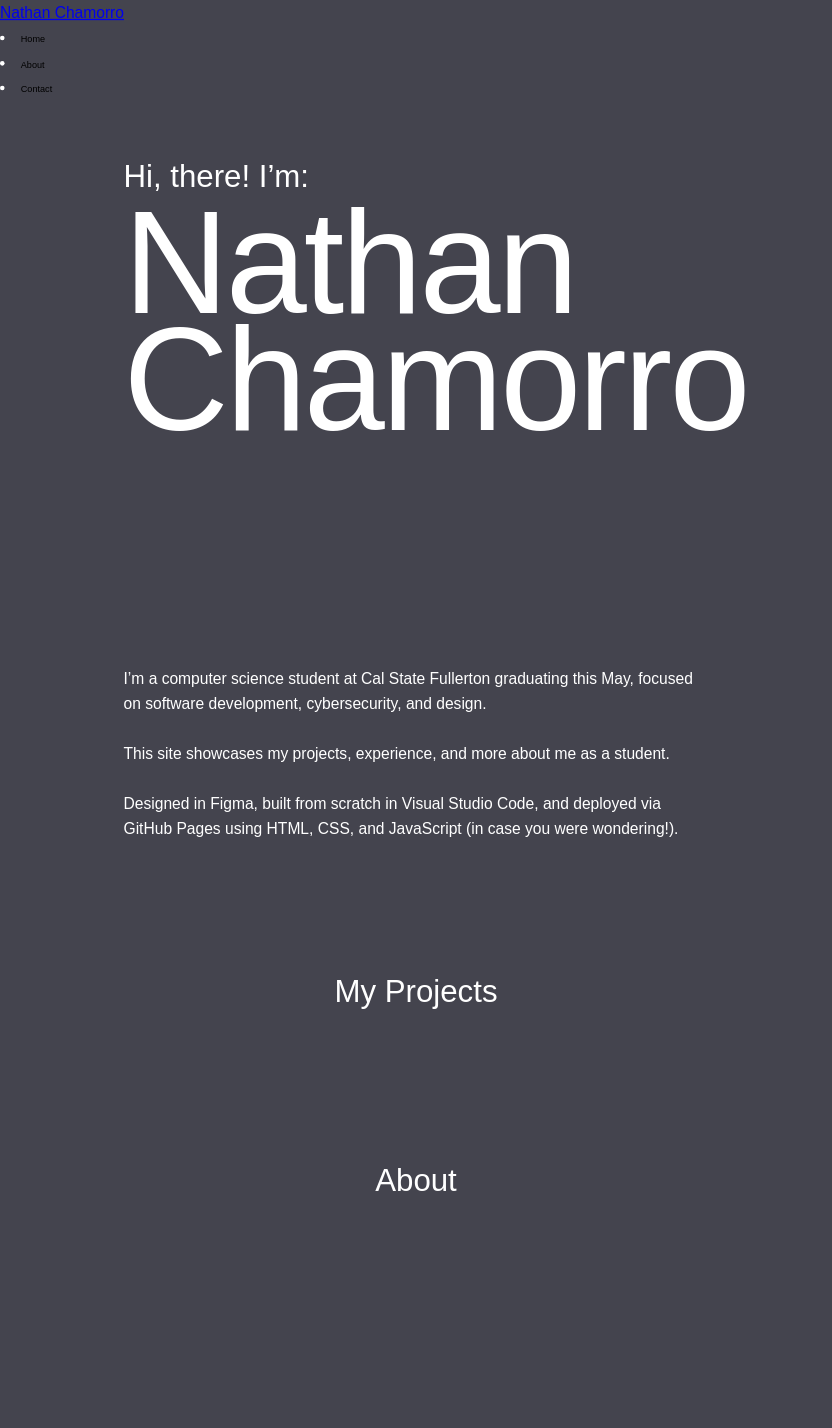
Repository: nathanchamorro1/nathanchamorro1.github.io
Page: index.html
These files come from the project's save history. The page is drawn as it stood at one moment and after the next save; the edit follows.
The browser window is 1280 px wide. The pictures show the whole page, at 65% of full size.
Some web fonts or font styles are not loaded; a fallback is used.

Above is the page before, as saved 2026-02-17 17:01:56.

### index.html
<!DOCTYPE html>
<html lang="en">

<head>
<meta charset="UTF-8">
<meta name="viewport" content = "width=device-width,initial-scale=1">
<title>Nathan Chamorro's Portfolio</title>
<link rel = "icon" type = "image/x-icon" href = "/assets/snoopy-favicon.ico">
<link rel="stylesheet" href="https://use.typekit.net/lhh1weh.css">
<link rel="stylesheet" href="css/style.css">
</head>

<div class="layout">
  <nav class="sidebar">
    <a href="#home" class="nav-logo">Nathan Chamorro</a>
      <li><a href="#home" class="nav-link">Home</a></li>
            <li><a href="#about" class="nav-link">About</a></li>
      <li><a href="#contact" class="nav-link">Contact</a></li>
      </nav>

  <main class="content">
    <div class="content-wrapper">
  <section class="hero">
    <h2 class="reveal">Hi, there! I’m:</h2>
    <h1 class="reveal">Nathan Chamorro</h1>
  </section>
      <p class="reveal">
        <br>I’m a computer science student at Cal State Fullerton graduating this May, focused on software development, cybersecurity, and design. <br>
        <br>This site showcases my projects, experience, and more about me as a student.<br>
        <br>Designed in Figma, built from scratch in Visual Studio Code, and deployed via GitHub Pages using HTML, CSS, and JavaScript (in case you were wondering!). <br>
      </p>
    </section>

        <section id="projects" class="content-wrapper">
      <h3 class="reveal">My Projects</h3>
    </section>

    <section id="about" class="content-wrapper">
      <h3 class="reveal">About</h3>
    </section>

    <section id="contact" class="content-wrapper">
      <h3 class="reveal">Contact</h3>
    </section>
  </main>
</div>
<script src = "js/script.js"></script>

### css/style.css
body {
  background-color: #44444E;
  color: white;
  margin: 0;
  font-family: museo-sans, sans-serif;
  font-weight: 300;
  font-style: normal;
  font-variation-settings: "slnt" 0, "wght" 400;
  line-height: 1.6;
  font-size: 1.5rem;
}

.content-wrapper {
  max-width: 900px;
  margin: 0 auto;
  padding: 0 40px;
  padding-top: 80px;
  display: flex;
  flex-direction: column;
  gap: 40px;
}

.hero {
    min-height: calc(100vh - 80px);
    display: flex;
    align-items: flex-start;
    flex-direction: column;
    justify-content: flex-start;
    padding-top: 0px;
    margin-bottom: 50px;
    text-align: left;
}

h1 {
    color: white;
    font-family: "instrument-serif", sans-serif;
    font-size: 14rem;
    font-weight: 400;
    font-variation-settings: "wght" 400;
    line-height: 0.8;
    margin: 0;
    letter-spacing: -0.02em;
}

h2 {
    color: white;
    font-family: "instrument-serif", sans-serif;
    font-weight: 400;
    font-variation-settings: "wght" 400;
    font-size: 3rem;
    opacity: 0.8;
    margin-bottom: 5px;
    margin-top: 0;
}

h3 {
    color: white;
    font-family: "instrument-serif", sans-serif;
    font-weight: 400;
    font-variation-settings: "wght" 400;
    font-size: 3rem;
    opacity: 0.8;
}

.reveal {
    opacity: 0;
    transform: translateY(20px);
    transition: opacity 0.7s ease, transform 0.7s ease;
}

.reveal-visible {
    opacity: 1;
    transform: translateY(0);
}

.navbar {
    position: fixed;
    top: 0;
    width: 100%;
    background: white;
    box-shadow: 0 2px 10px rgba(0,0,0,0.05);
    z-index: 1000;
}

.nav-container {
    max-width: 1000px;
    margin: 0 auto;
    display: flex;
    justify-content: space-between;
    align-items: left;
    padding: 15px 20px
}

.nav-menu {
    list-style: none;
    display: flex;
    gap: 25px;
    margin: 0;
    padding: 0;
}

.nav-link {
    text-decoration: none;
    color: black;
    font-size: 14px;
    position: relative;
}

.nav-link:hover {
    opacity: 0.6;
}

### js/script.js
const reveals = document.querySelectorAll(".reveal");

function revealOnScroll() {
  const windowHeight = window.innerHeight;

  reveals.forEach(el => {
    const elementTop = el.getBoundingClientRect().top;

    if (elementTop < windowHeight - 200) {
      el.classList.add("reveal-visible");
    }
  });
}

window.addEventListener("scroll", revealOnScroll);
revealOnScroll();

After the next save:
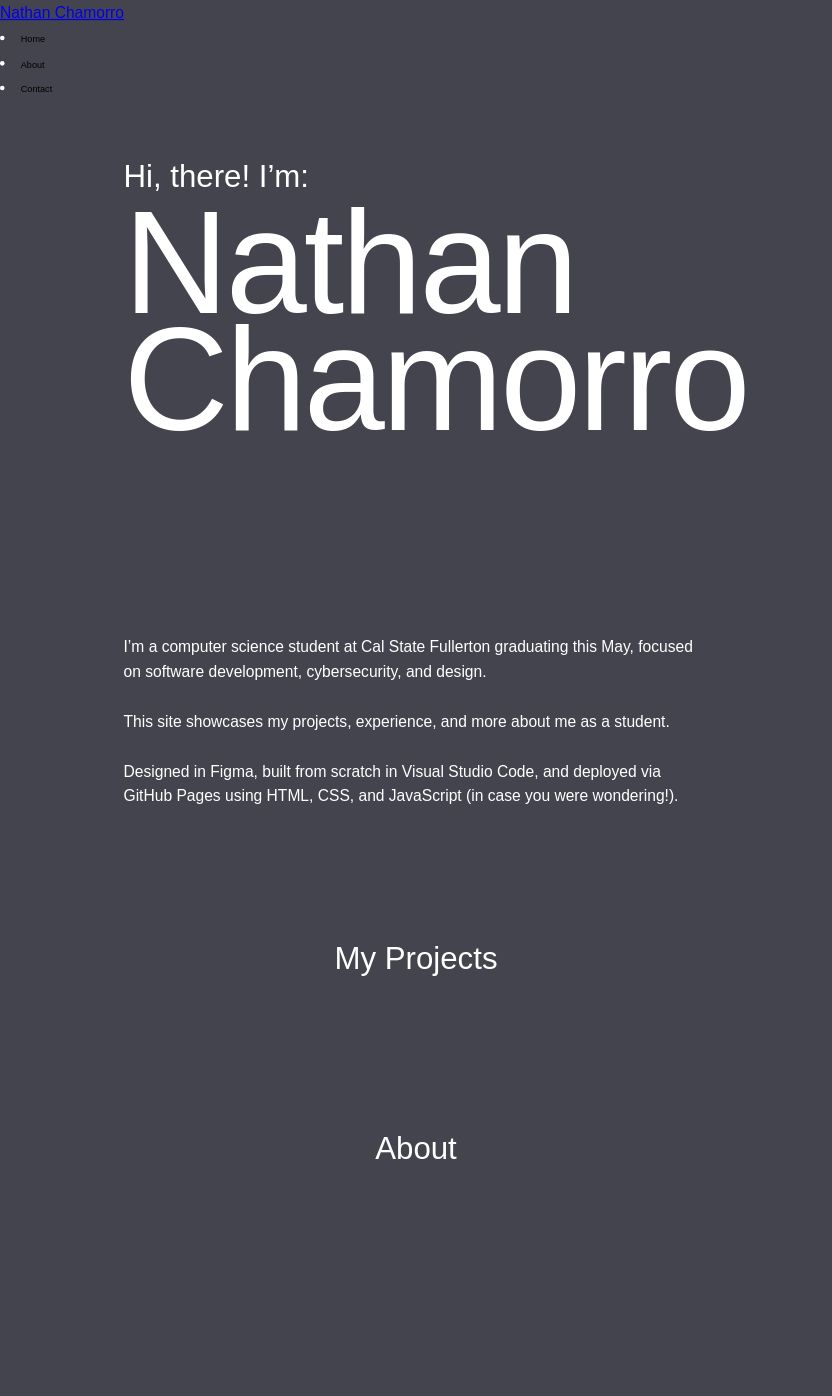
Saved 9 s later.
--- a/css/style.css
+++ b/css/style.css
@@ -27,7 +27,6 @@ body {
     flex-direction: column;
     justify-content: flex-start;
     padding-top: 0px;
-    margin-bottom: 50px;
     text-align: left;
 }
 
